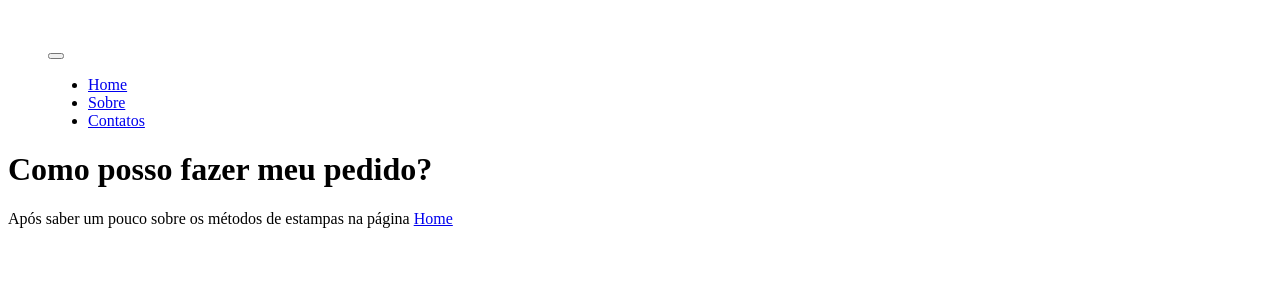
Repository: Leonngc/way-factory
Page: order.html
These files come from the project's save history. The page is drawn as it stood at one moment and after a run of saves; the edit follows.
The browser window is 1280 px wide. The pictures show the whole page.
Some icons come from a web library that is not loaded, so they are not drawn.

Above is the page before, as saved 2023-02-10 11:09:31.

### order.html
<!DOCTYPE html>
<html lang="pt-br">
<head>
    <meta charset="UTF-8">
    <meta http-equiv="X-UA-Compatible" content="IE=edge">
    <meta name="viewport" content="width=device-width, initial-scale=1.0">
    <script src="scripts/menu.js" defer></script>
    <link
      rel="stylesheet"
      href="https://cdn-uicons.flaticon.com/uicons-bold-rounded/css/uicons-bold-rounded.css"
    />
    <link rel="stylesheet" href="styles/order.css">
    <title>Como fazer seu pedido</title>
</head>
<body>
    <header>
        <img src="" alt="" id="logo" />
      <menu>
        <button id="menu-burguer"><i class="fi fi-br-menu-burger" ></i></button>
        <ul id="links-menu">

          <li><a href="index.html" target="_parent">Home</a></li>
          <li><a href="about.html" target="_parent">Sobre</a></li>
          <li><a href="contacts.html" target="_parent">Contatos</a></li>
        </ul>
      </menu>
    </header>

    <main>
        <h1>Como posso fazer meu pedido?</h1>
        <div>
            <p>Após saber um pouco sobre os métodos de estampas na página <a href="index.html">Home</a>

            </p>
        </div>
    </main>
</body>
</html>

### scripts/menu.js
//  CONFIGURATIONS OF MENU

let menu = document.getElementById('menu-burguer');
const linkMenu = document.getElementById('links-menu');

menu.addEventListener('click', event =>{
    if(linkMenu.style.display == 'none'){
    linkMenu.style.display = 'block'} else{
        linkMenu.style.display = 'none'
    }
})

Loaded but not shown: styles/order.css (no stored copy; drawn as an empty file)

After the next 2 saves:
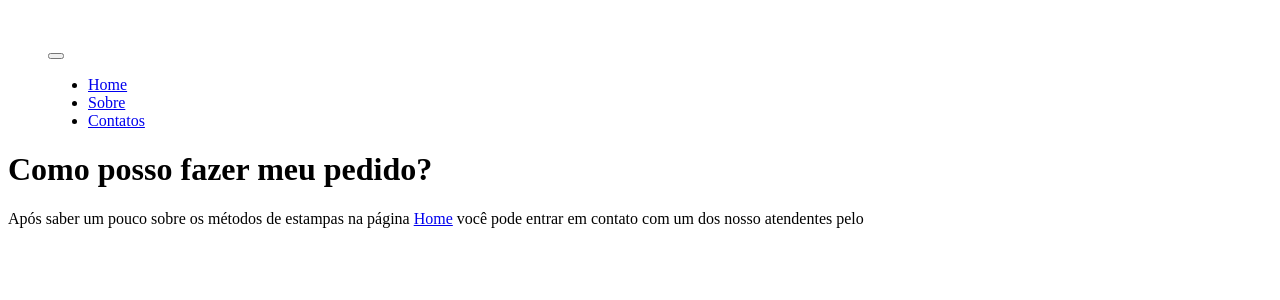
The 2 saves are shown as one change because they came seconds apart.
The last was saved 23 s later.
--- a/order.html
+++ b/order.html
@@ -30,7 +30,7 @@
         <h1>Como posso fazer meu pedido?</h1>
         <div>
             <p>Após saber um pouco sobre os métodos de estampas na página <a href="index.html">Home</a>
-
+            você pode entrar em contato  com um dos nosso atendentes pelo <a href=""></a>
             </p>
         </div>
     </main>
